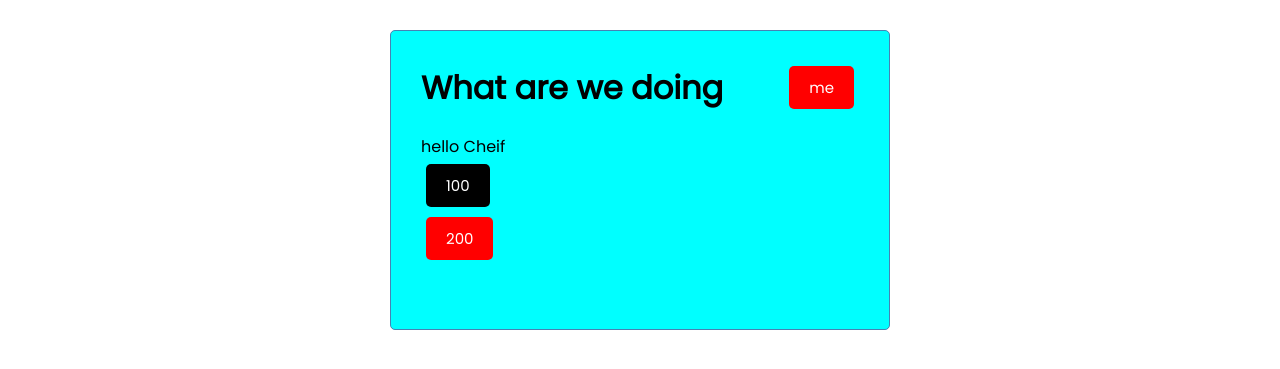
Repository: Jeffkw213/Learning_react
Page: / (app in myapp/)
The author's editor kept a copy of each file at every save. The page is drawn from the files as they stood at one save, then again after the next save.
The browser window is 1280 px wide. The pictures show the whole page.
The project was rebuilt for these pictures with package versions that can differ from the ones it lists, and the page was loaded fresh each time.

Above is the page before, as saved 2021-04-30 16:08:39.

### myapp/src/index.css
@import url('https://fonts.googleapis.com/css2?family=Poppins:wght@300;400&display=swap');

* {
  box-sizing: border-box;
  margin: 0;
  padding: 0;
}

body {
  font-family: 'Poppins', sans-serif;
}

.container {
  max-width: 500px;
  margin: 30px auto;
  overflow: auto;
  min-height: 300px;
  border: 1px solid steelblue;
  padding: 30px;
  border-radius: 5px;
  background-color: aqua;

}

.header {
  display: flex;
  justify-content: space-between;
  align-items: center;
  margin-bottom: 20px;
}

.btn {
  display: inline-block;
  background: #000;
  color: #fff;
  border: none;
  padding: 10px 20px;
  margin: 5px;
  border-radius: 5px;
  cursor: pointer;
  text-decoration: none;
  font-size: 15px;
  font-family: inherit;
}

.btn:focus {
  outline: none;
}

.btn:active {
  transform: scale(0.98);
}

.btn-block {
  display: block;
  width: 100%;
}

.task {
  background: #f4f4f4;
  margin: 5px;
  padding: 10px 20px;
  cursor: pointer;
}

.task.reminder {
  border-left: 5px solid green;
}

.task h3 {
  display: flex;
  align-items: center;
  justify-content: space-between;
}

.add-form {
  margin-bottom: 40px;
}

.form-control {
  margin: 20px 0;
}

.form-control label {
  display: block;
}

.form-control input {
  width: 100%;
  height: 40px;
  margin: 5px;
  padding: 3px 7px;
  font-size: 17px;
}

.form-control-check {
  display: flex;
  align-items: center;
  justify-content: space-between;
}

.form-control-check label {
  flex: 1;
}

.form-control-check input {
  flex: 2;
  height: 20px;
}

footer {
  margin-top: 30px;
  text-align: center;
}

### myapp/src/App.js
import Header from './Components/header'
import Body from './Components/body'
function App() {
  // const name = 'jeff'
  var onAdd = true;
  return (
    // <div className='container'>
    //  <h1> Starting of React </h1>
    //  <h2> Hello {name} </h2>
    // </div>
    <div className='container'>
      <Header onAdd={onAdd}/>
      <Body />
    </div>
  );
}

export default App;

### myapp/src/Components/header.js
import PropTypes from 'prop-types'
import Button from './button'
const Header = ({title, onAdd, showAdd}) => {
    return (
        <header className= 'header'>
            <h1>{title}</h1>
            <Button color={showAdd? 'green' : 'red'} name='me' onClick={showAdd? 'true' :'false'}/>
        </header>
    )
}

Header.defaultProps = {
    title: "What are we doing",
}

Header.propTypes= {
    title:PropTypes.string.isRequired,
}


export default Header

### myapp/src/Components/body.js
import Button from './button'
const body = ({text}) => {
    return (
        <div>
            <body className ='body'>{text}
                <Button name='100' func={()=>{console.log("HELLO")}}/>
                <Button color = 'red' name='200' func={()=>{myfunction('red')}}/>
            </body>
        </div>
    )
}

body.defaultProps = {
    text: "hello Cheif",
}

function myfunction(color){
    color = 'blue';
}


export default body

### myapp/src/Components/button.js
const button = ({name, func, color}) => {
    return (
        <div>
            <button className='btn'
            onClick={func}
            style={{backgroundColor: color}}>{name}</button>
        </div>
    )
}

button.defaultProps = {
    name: "button",
}

export default button

Loaded but not shown: myapp/public/index.html (common file); myapp/src/index.js (common file); myapp/src/reportWebVitals.js (common file)

After the next save:
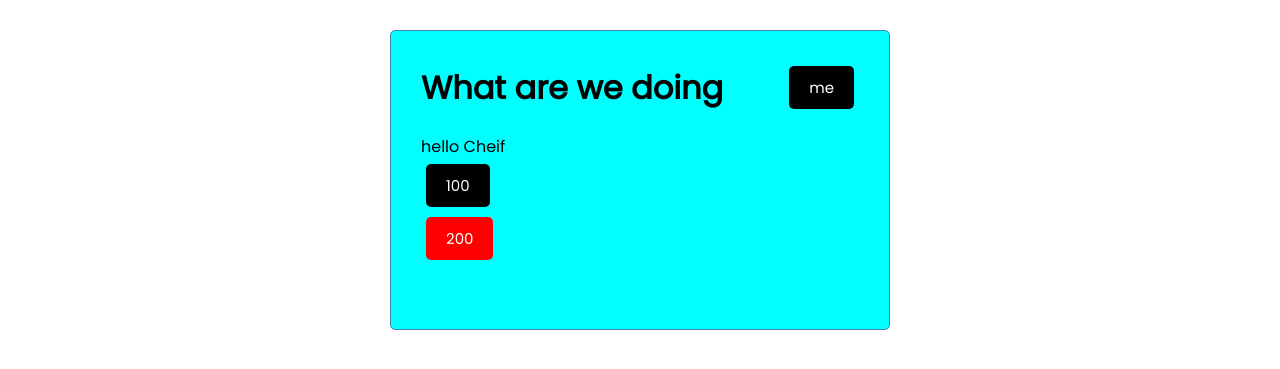
Saved 21 s later.
--- a/myapp/src/Components/header.js
+++ b/myapp/src/Components/header.js
@@ -1,10 +1,10 @@
 import PropTypes from 'prop-types'
 import Button from './button'
-const Header = ({title, onAdd, showAdd}) => {
+const Header = ({title}) => {
     return (
         <header className= 'header'>
             <h1>{title}</h1>
-            <Button color={showAdd? 'green' : 'red'} name='me' onClick={showAdd? 'true' :'false'}/>
+            <Button name='me' func= {() => myfunction()}/>
         </header>
     )
 }
@@ -17,5 +17,8 @@ Header.propTypes= {
     title:PropTypes.string.isRequired,
 }
 
+function myfunction(){
+    console.log('me button');
+}
 
 export default Header
